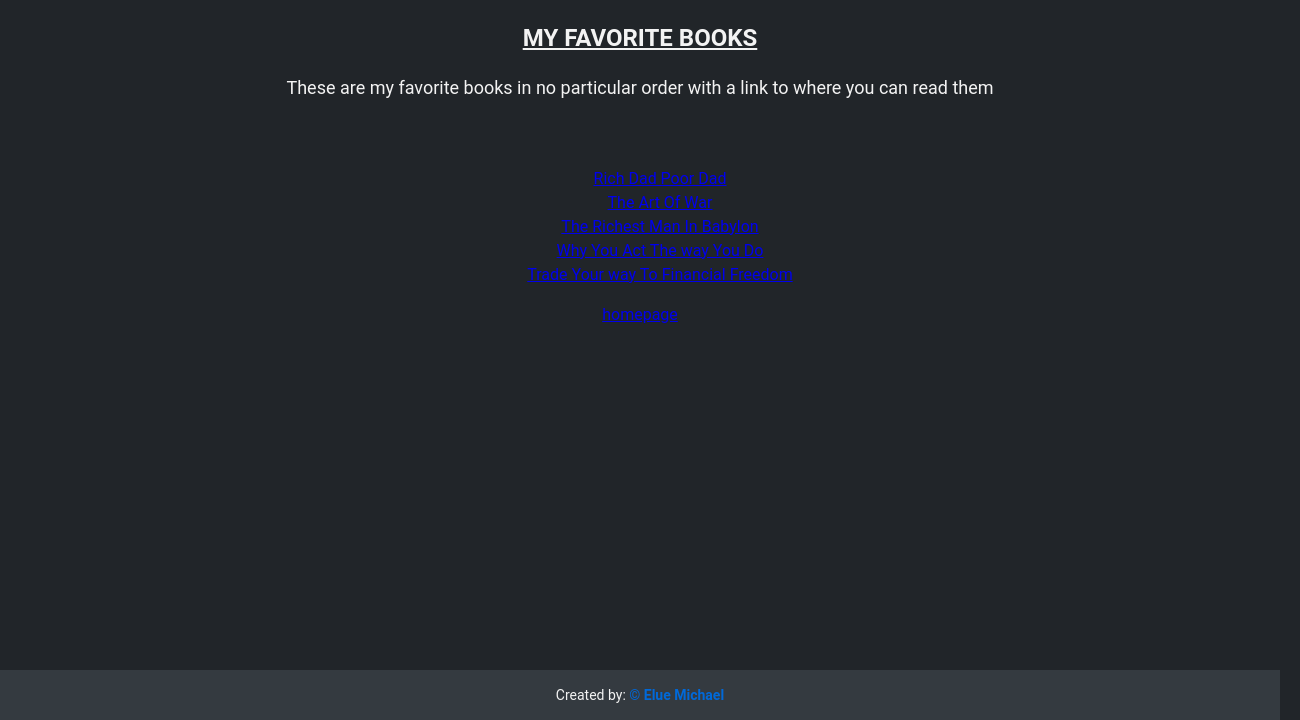
Repository: MikkyPrestige/html-website
Page: pages/books.html
An editor plug-in stored every save of this project. The page is shown before and after the next save, followed by the edit.
The browser window is 1280 px wide. The page is 1300 px wide, then 1280 px, so the pictures cover 1300 px, including what lies to the right of the window. The pictures show the whole page.

Above is the page before, as saved 2023-04-29 02:31:54.

After the next save:
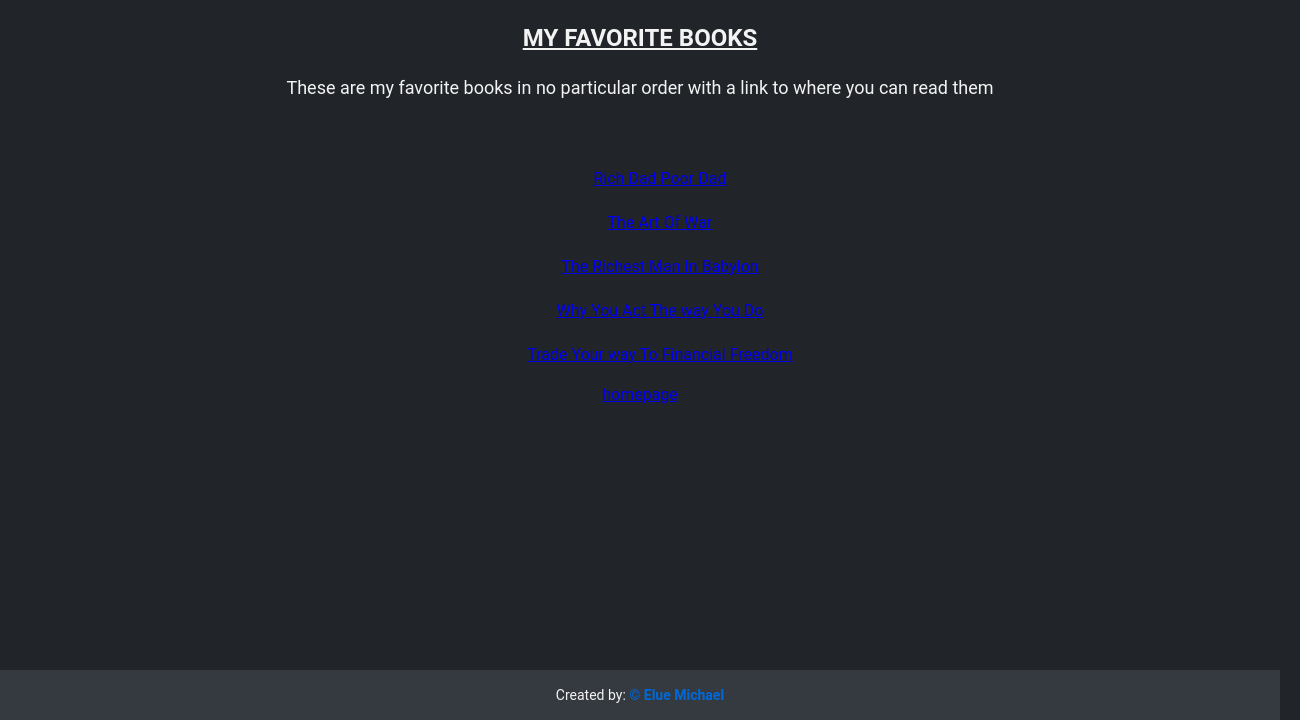
Saved 14 s later.
--- a/index.css
+++ b/index.css
@@ -114,7 +114,7 @@
   flex-direction: column;
   justify-content: center;
   align-items: center;
-  width: 100%;
+  gap: 20px;
   list-style: none;
 }
 
